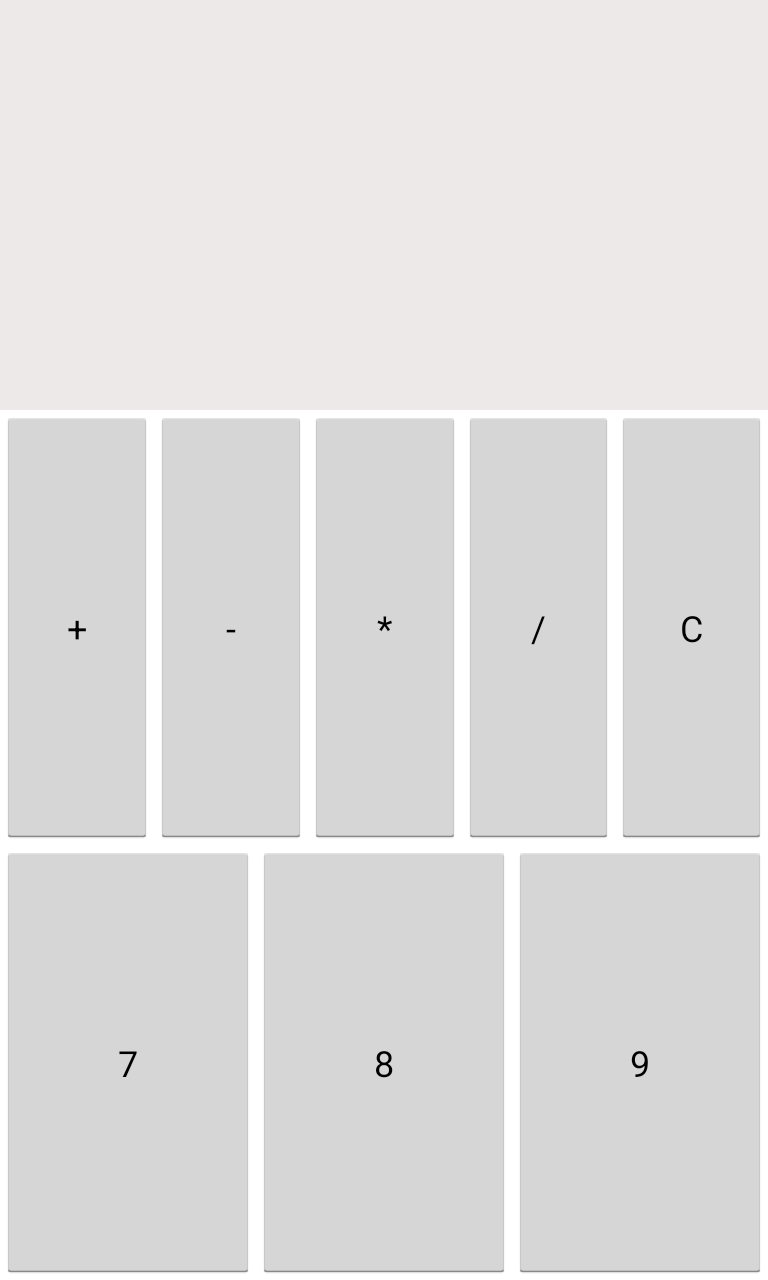
Repository: Xiao-Jian/Android
Layout: Calculator1/res/layout/activity_main.xml
The author's editor kept a copy of each file at every save. The layout is drawn from the files as they stood at one save, then again after the next save.
It is drawn on a 768 x 1280 px phone screen (xhdpi) without system bars, with theme AppTheme; the app's code is not run.

Above is the layout before, as saved 2015-05-14 05:35:20.

### Calculator1/res/layout/activity_main.xml
<LinearLayout xmlns:android="http://schemas.android.com/apk/res/android"
    xmlns:tools="http://schemas.android.com/tools"
    android:layout_width="match_parent"
    android:layout_height="match_parent"
    android:orientation="vertical" >
    tools:context="com.example.calculator1.MainActivity" >

    <LinearLayout
	    android:layout_width="fill_parent"
	    android:layout_height="wrap_content"
	    android:layout_weight="2"
	    android:orientation="vertical"
	    android:background="#EEE9E9"
	    >
	    <EditText
	        android:textSize="25dp"
	        android:id="@+id/screen"
	        android:cursorVisible="false"
	        android:layout_width="fill_parent"
	        android:layout_height="fill_parent"
	        android:layout_weight="2"
	        android:gravity="center|right"
	        android:maxLines="4"
	        android:lines="4"
	        android:enabled="false"
	        android:background="#EEE9E9"
	        android:textColor="#000000"
	        />
	</LinearLayout>

    <LinearLayout
        android:layout_width="fill_parent"
        android:layout_height="wrap_content"
        android:layout_weight="8"
        android:gravity="center"
        android:orientation="vertical">

        <LinearLayout
            android:layout_width="match_parent"
            android:layout_height="match_parent"
            android:layout_weight="1"
            android:orientation="horizontal" >

        	<Button
            	android:id="@+id/add"
        		android:layout_width="match_parent"
        		android:layout_height="match_parent"
        		android:layout_weight="1"
        		android:text="@string/add" />
        	<Button
            	android:id="@+id/sub"
        		android:layout_width="match_parent"
        		android:layout_height="match_parent"
        		android:layout_weight="1"
        		android:text="@string/sub" />
       		<Button
            	android:id="@+id/mult"
        		android:layout_width="match_parent"
        		android:layout_height="match_parent"
        		android:layout_weight="1"
        		android:text="@string/mult" />
        	<Button
            	android:id="@+id/div"
        		android:layout_width="match_parent"
        		android:layout_height="match_parent"
        		android:layout_weight="1"
        		android:text="@string/div" />
        	<Button
            	android:id="@+id/clear"
        		android:layout_width="match_parent"
        		android:layout_height="match_parent"
        		android:layout_weight="1"
        		android:text="@string/clear" />

        </LinearLayout>

        <LinearLayout
            android:layout_width="match_parent"
            android:layout_height="match_parent"
            android:layout_weight="1"
            android:orientation="horizontal" >

        	<Button
            	android:id="@+id/seven"
        		android:layout_width="match_parent"
        		android:layout_height="match_parent"
        		android:layout_weight="1"
        		android:text="@string/seven" />
        	<Button
            	android:id="@+id/eight"
        		android:layout_width="match_parent"
        		android:layout_height="match_parent"
        		android:layout_weight="1"
        		android:text="@string/eight" />
       		<Button
            	android:id="@+id/nine"
        		android:layout_width="match_parent"
        		android:layout_height="match_parent"
        		android:layout_weight="1"
        		android:text="@string/nine" />

        </LinearLayout>
    </LinearLayout>
</LinearLayout>

### Calculator1/res/values/strings.xml
<?xml version="1.0" encoding="utf-8"?>
<resources>

    <string name="app_name">Calculator1</string>
    <string name="action_settings">Settings</string>

    <string name="one">1</string>
    <string name="two">2</string>
    <string name="three">3</string>
    <string name="four">4</string>
    <string name="five">5</string>
    <string name="six">6</string>
    <string name="seven">7</string>
    <string name="eight">8</string>
    <string name="nine">9</string>
    <string name="zero">0</string>
    <string name="add">+</string>
    <string name="sub">-</string>
    <string name="mult">*</string>
    <string name="div">/</string>
    <string name="point">.</string>
    <string name="equal">=</string>
    <string name="clear">C</string>

</resources>

Loaded but not shown: Calculator1/res/values/styles.xml (common file); Calculator1/res/values-v11/styles.xml (common file); Calculator1/res/values-v14/styles.xml (common file)

After the next save:
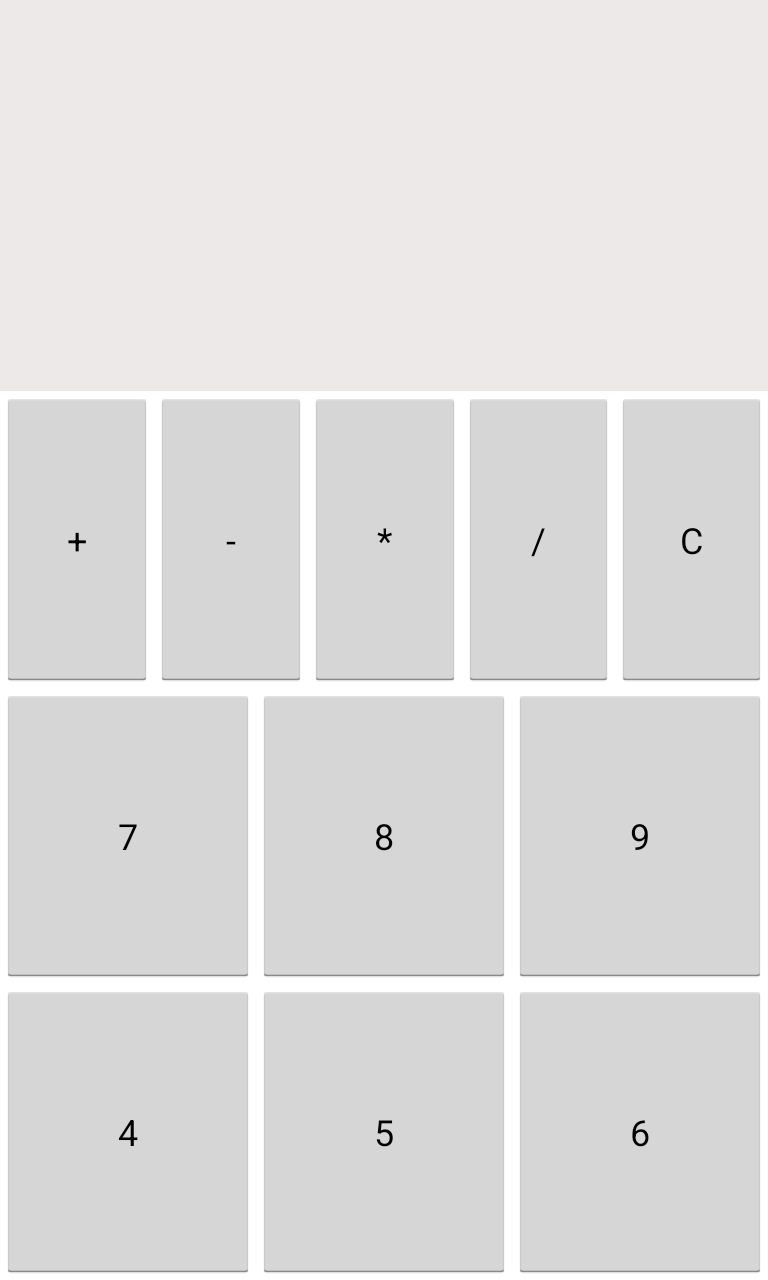
Saved 49 s later.
--- a/Calculator1/res/layout/activity_main.xml
+++ b/Calculator1/res/layout/activity_main.xml
@@ -100,5 +100,32 @@
         		android:text="@string/nine" />
 
         </LinearLayout>
+
+        <LinearLayout
+            android:layout_width="match_parent"
+            android:layout_height="match_parent"
+            android:layout_weight="1"
+            android:orientation="horizontal" >
+
+        	<Button
+            	android:id="@+id/four"
+        		android:layout_width="match_parent"
+        		android:layout_height="match_parent"
+        		android:layout_weight="1"
+        		android:text="@string/four" />
+        	<Button
+            	android:id="@+id/five"
+        		android:layout_width="match_parent"
+        		android:layout_height="match_parent"
+        		android:layout_weight="1"
+        		android:text="@string/five" />
+       		<Button
+            	android:id="@+id/six"
+        		android:layout_width="match_parent"
+        		android:layout_height="match_parent"
+        		android:layout_weight="1"
+        		android:text="@string/six" />
+
+        </LinearLayout>
     </LinearLayout>
 </LinearLayout>
